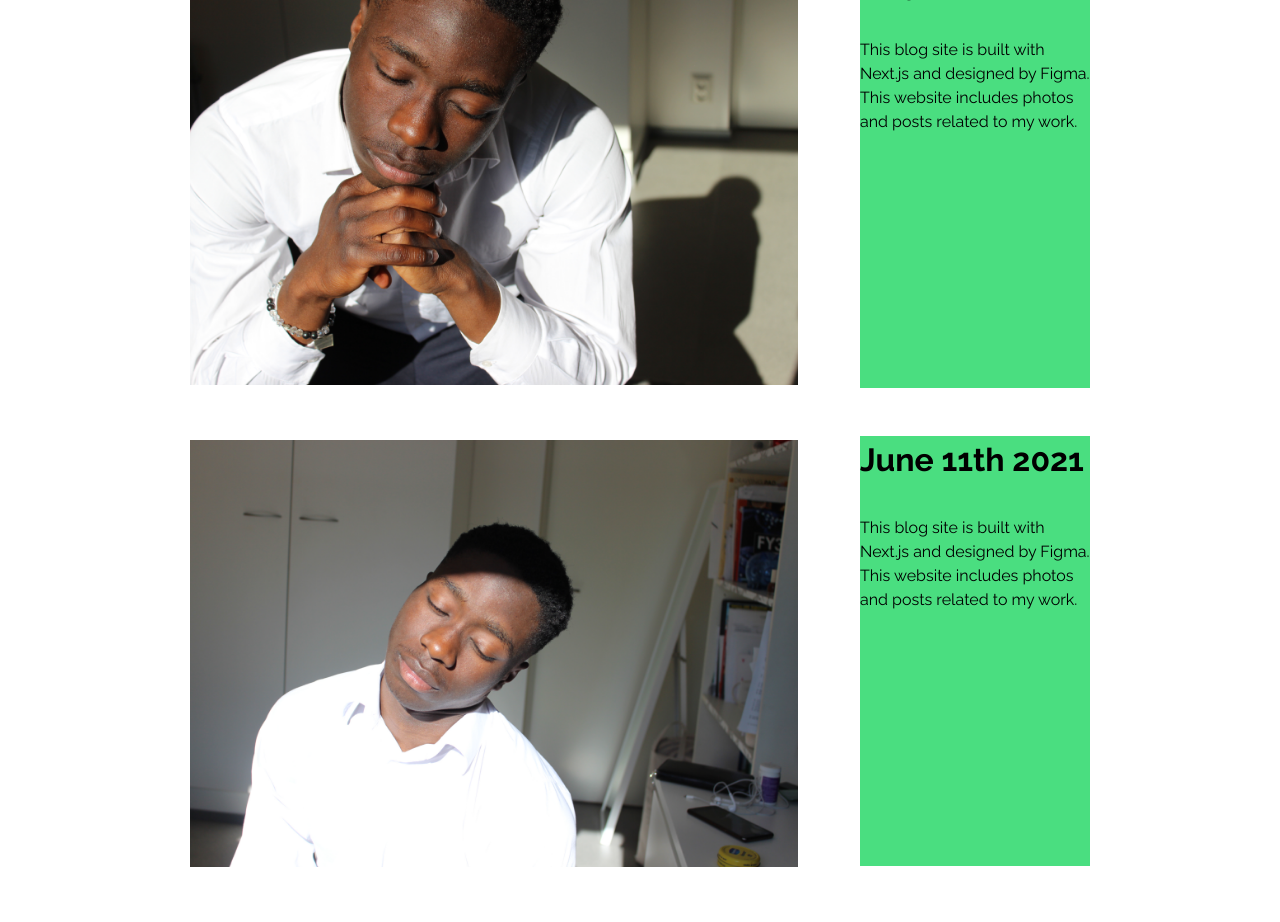
Repository: Graquick/Blog
Page: /photos
An editor plug-in stored every save of this project. The page is shown before and after the next save, followed by the edit.
The browser window is 1280 px wide. The pictures show the whole page.
The project was rebuilt for these pictures with package versions that can differ from the ones it lists, and the page was loaded fresh each time. The framework's server and built-in components were replaced by stand-ins that run in the browser. Also part of the build but not shown: next.config.js, components/Footer.js.

Above is the page before, as saved 2022-07-07 14:25:37.

### pages/_app.js
import React, { useState, useEffect, useRef, useCallback } from 'react';
import { AnimatePresence } from 'framer-motion'
import { ThemeProvider } from 'next-themes'
import { useRouter } from 'next/router'
import '../styles/globals.css'

function MyApp({ Component, pageProps }) {
  const timeoutRef = useRef();

  const clearTimer = useCallback(
    () => clearTimeout(timeoutRef.current),
    []
  );

  // useEffect(() => {
  //   if (timeoutRef.current) clearTimer();

  //   timeoutRef.current = setTimeout(() => {
  //     window.scrollTo(0, 0);
  //   }, 10);

  //   return () => {
  //     clearTimer();
  //   };
  // }, [clearTimer]);

  useEffect(() => {
    window.history.scrollRestoration = 'manual'
  }, []);


  return (
    <AnimatePresence>
      <ThemeProvider attribute="class">
        <Component {...pageProps} />
      </ThemeProvider>
    </AnimatePresence>
  )
}

export default MyApp

### pages/_document.js
import { Html, Head, Main, NextScript } from 'next/document'

export default function Document() {
  return (
    <Html>
      <Head />
      <body style={{ fontFamily: "Raleway, Roboto", scrollBehavior: "smooth" }}>
        <Main />
        <NextScript />
      </body>
    </Html>
  )
}

### pages/photos.js
import React, { useState, useEffect, useRef } from 'react';
import Head from 'next/head';
import Image from 'next/image';
import Link from 'next/link';
import { useRouter } from 'next/router';
import { motion, AnimatePresence } from 'framer-motion';
import { Icon } from '@iconify/react';

import profile from '../public/profile.png'
import photo1 from '../public/photo-1.png'
import photo2 from '../public/photo-2.png'

import Footer from "../components/Footer";
import Header from "../components/Header";

const photos = [
    { id: 1, src: photo1 },
    { id: 2, src: photo2 }
]

const desc = [
    { id: 1, title: 'July 2nd, 2022', src: photo1, text: "This blog site is built with Next.js and designed by Figma. This website includes photos and posts related to my work." },
    { id: 2, title: 'June 11th 2021', src: photo2, text: "This blog site is built with Next.js and designed by Figma. This website includes photos and posts related to my work."}
]

const layInfo = {
    fixed: "absolute bottom-[4rem] right-0 m-auto flex flex w-[230px] justify-between"
}

export default function Photos() {
  return (
    <>
      <motion.main className="min-h-screen">
          <div className="absolute top-0 bottom-0 left-0 right-0 m-auto w-fit h-fit">
            <Header />
            <div className="w-[900px] h-fit flex justify-between">
              <div>
                {photos.map((img, i) => (
                  <div key={i} className="mb-12">
                    <Image src={img.src}
                      alt="Img"
                      width={608}
                      height={427}
                      blurDataURL={profile}
                      placeholder="blur"
                      priority
                    />
                  </div>
                ))}
              </div>

              <div>
                {desc.map((desc, i) => (
                  <div key={i} className="w-[230px] h-[430px] bg-green-400 flex flex-col gap-8 mb-12">
                    <h1 className="text-[2rem] font-bold w-fit">{desc.title}</h1>
                    <p>{desc.text}</p>
                  </div>
                ))}
              </div>

              {/* <div className="w-[230px] h-full flex flex-col justify-between">
                <h1 className="text-[2.25rem] font-bold leading-10">Brima Freeman</h1>
                <div className="h-[215px] flex flex-col justify-between">
                  <p className="text-[.9rem]">Hey, I&apos;m a Frontend Developer based in Finland. I enjoy working with Next.js and crafting beautiful front-end experiences.
                  </p>
                  <p className="text-[.9rem]">
                  This blog site is built with Next.js and designed by Figma. This website includes photos and posts related to my work.
                  </p>
                </div>
                <Footer />
              </div> */}
            </div>
        </div>
      </motion.main>
    </>
  )
}

### styles/globals.css
@import url('https://fonts.googleapis.com/css2?family=Press+Start+2P&family=Raleway:wght@300;400;500;600;700&family=Roboto:wght@300;400;500;700&display=swap');
@tailwind base;
@tailwind components;
@tailwind utilities;

* {
  box-sizing: border-box;
}

html,
body {
  padding: 0;
  margin: 0;
}

### components/Header.js
import React, { useState, useEffect, useRef } from 'react';
import Head from 'next/head';
import Image from 'next/image';
import Link from 'next/link';
import { useRouter } from 'next/router';
import { motion, AnimatePresence } from 'framer-motion';
import { Icon } from '@iconify/react';

const Logo = () => {
    return (
        <div className="w-fit flex justify-center gap-2 cursor-pointer transition-all duration-150 ease-in-out group">
            <div className="text-[1.5rem] font-bold uppercase bg-black text-white w-16 h-16 flex items-end justify-end py-0 px-1 ease-in-out dark:bg-zinc-500 dark:text-zinc-400">bf</div><div className="text-[1.5rem] flex items-end justify-end font-bold uppercase text-black ease-in-out dark:text-zinc-500">
                blog
            </div>
        </div>
    )
}

const links = [
    { id: 1, title: 'About', href: '/'},
    { id: 2, title: 'Photos', href: '/photos'},
    { id: 3, title: 'Posts', href: '/posts'}
]

function Header() {
    const router = useRouter();
  return (
    <>
        <main className="left-0 m-auto right-0 py-8 w-full mb-8 h-[8rem] flex justify-between items-center">
            <div >
                <Logo />
            </div>

            <nav className="h-fit">
                <ul className="flex w-[230px] justify-between">
                    {links.map((links, i) => (
                        <div key={i}>
                            <li className={router.pathname === links.href ? "underline-offset-4 underline" : ""}>
                                <Link href={links.href}>
                                    {links.title}
                                </Link>
                            </li>
                        </div>
                    ))}
                </ul>
            </nav>
        </main>
    </>
  )
}

export default Header

### tailwind.config.js
module.exports = {
  content: [
    "./pages/**/*.{js,ts,jsx,tsx}",
    "./components/**/*.{js,ts,jsx,tsx}",
  ],
  darkMode: "class", // "false" or "media"
  theme: {
    extend: {

    },
    screens: {
      '2xl': {'max': '1440px'},
      // => @media (max-width: 1440px) { ... }

      'xl': {'max': '1024px'},
      // => @media (max-width: 1024px) { ... }

      'lg': {'max': '768px'},
      // => @media (max-width: 768px) { ... }

      'md': {'max': '425px'},
      // => @media (max-width: 425px) { ... }

      'sm': {'max': '375px'},
      // => @media (max-width: 375px) { ... }

      'xs': {'max': '320px'},
      // => @media (max-width: 320px) { ... }
    },
    fontFamily: {
      'raleway': "Raleway, sans-serif",
      'roboto': "Roboto, sans-serif",
      'play': "Press\\ Start\\ 2P, cursive"
    }
  },
  plugins: [require('@tailwindcss/forms')],
}

After the next save:
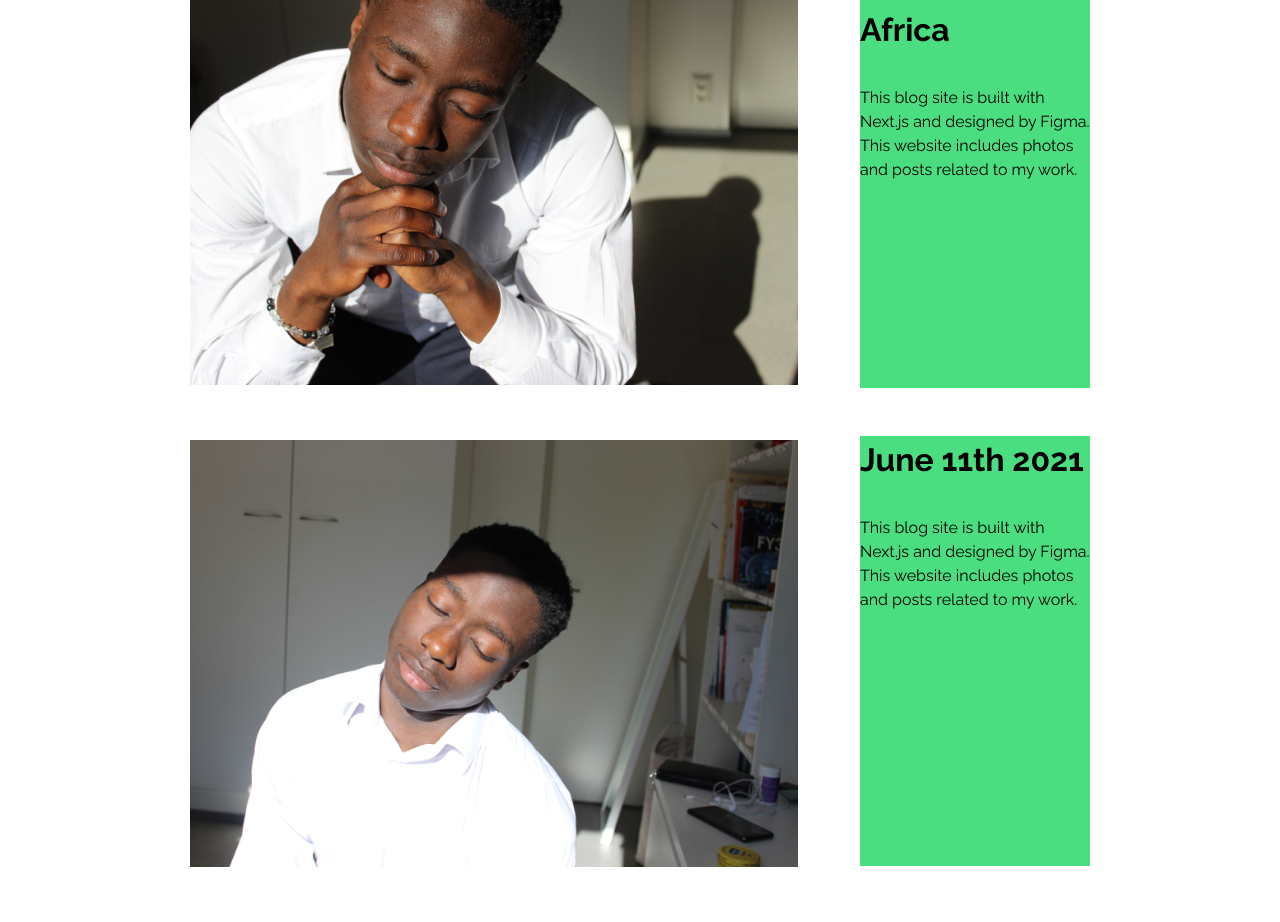
Saved 28 s later.
--- a/pages/photos.js
+++ b/pages/photos.js
@@ -19,7 +19,7 @@
 ]
 
 const desc = [
-    { id: 1, title: 'July 2nd, 2022', src: photo1, text: "This blog site is built with Next.js and designed by Figma. This website includes photos and posts related to my work." },
+    { id: 1, title: 'Roadtrip to Africa', src: photo1, text: "This blog site is built with Next.js and designed by Figma. This website includes photos and posts related to my work." },
     { id: 2, title: 'June 11th 2021', src: photo2, text: "This blog site is built with Next.js and designed by Figma. This website includes photos and posts related to my work."}
 ]
 

After the save that followed:
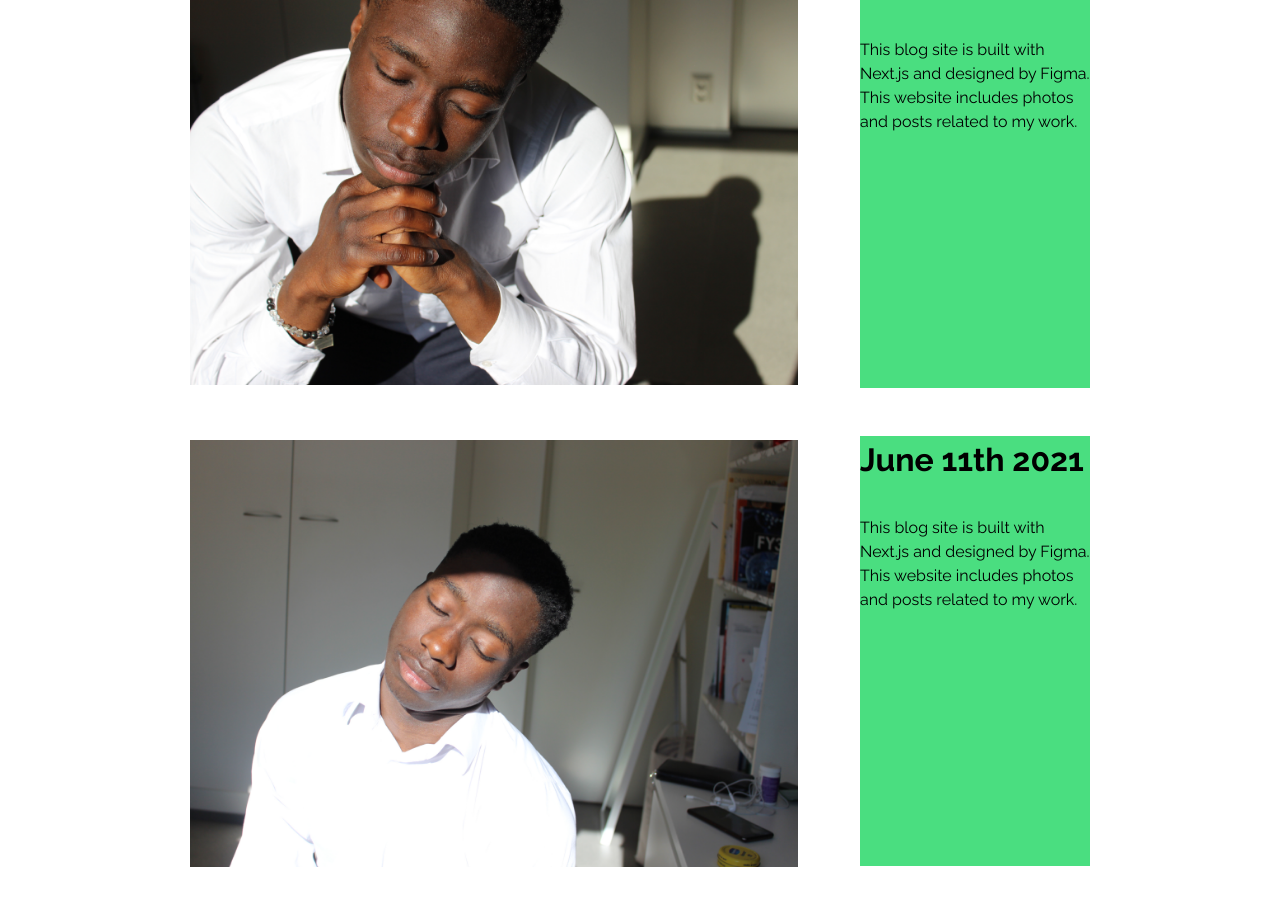
Saved 8 s later.
--- a/pages/photos.js
+++ b/pages/photos.js
@@ -19,7 +19,7 @@
 ]
 
 const desc = [
-    { id: 1, title: 'Roadtrip to Africa', src: photo1, text: "This blog site is built with Next.js and designed by Figma. This website includes photos and posts related to my work." },
+    { id: 1, title: 'Savannah', src: photo1, text: "This blog site is built with Next.js and designed by Figma. This website includes photos and posts related to my work." },
     { id: 2, title: 'June 11th 2021', src: photo2, text: "This blog site is built with Next.js and designed by Figma. This website includes photos and posts related to my work."}
 ]
 
